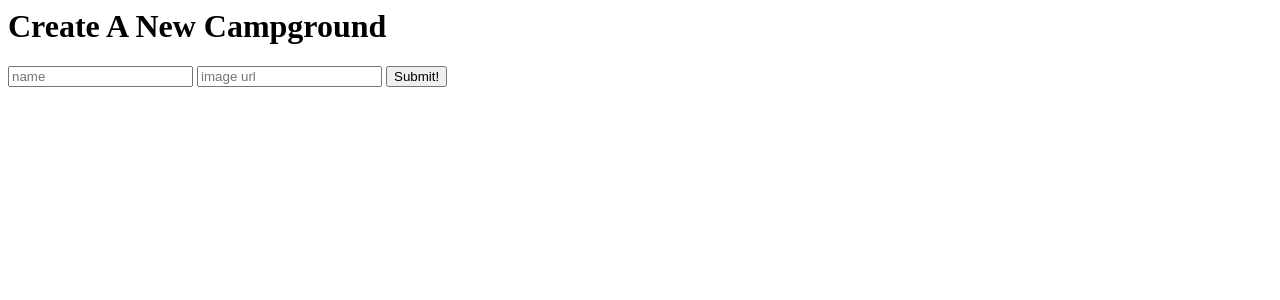
Repository: Youssef085/YelpCamp
Page: http://localhost/campgrounds/new
The author's editor kept a record of every edit. The page is drawn from the files as they stood at one moment, then again after the next edit.
The browser window is 1280 px wide. The pictures show the whole page.
The page is served by the project's Node server (app.js).

Above is the page before.

After the next edit:
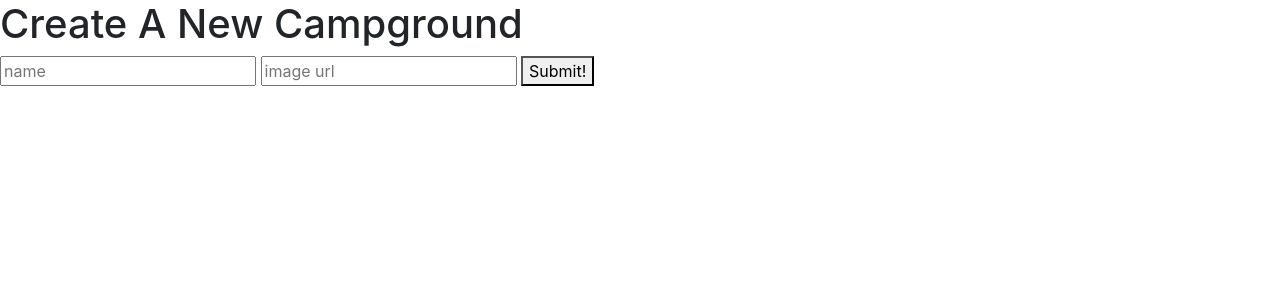
The edit:
--- a/views/new.ejs
+++ b/views/new.ejs
@@ -1,3 +1,5 @@
+<% include partials/header %>
+
 <h1>Create A New Campground</h1>
 
 <form action="/campgrounds" method="POST" >
